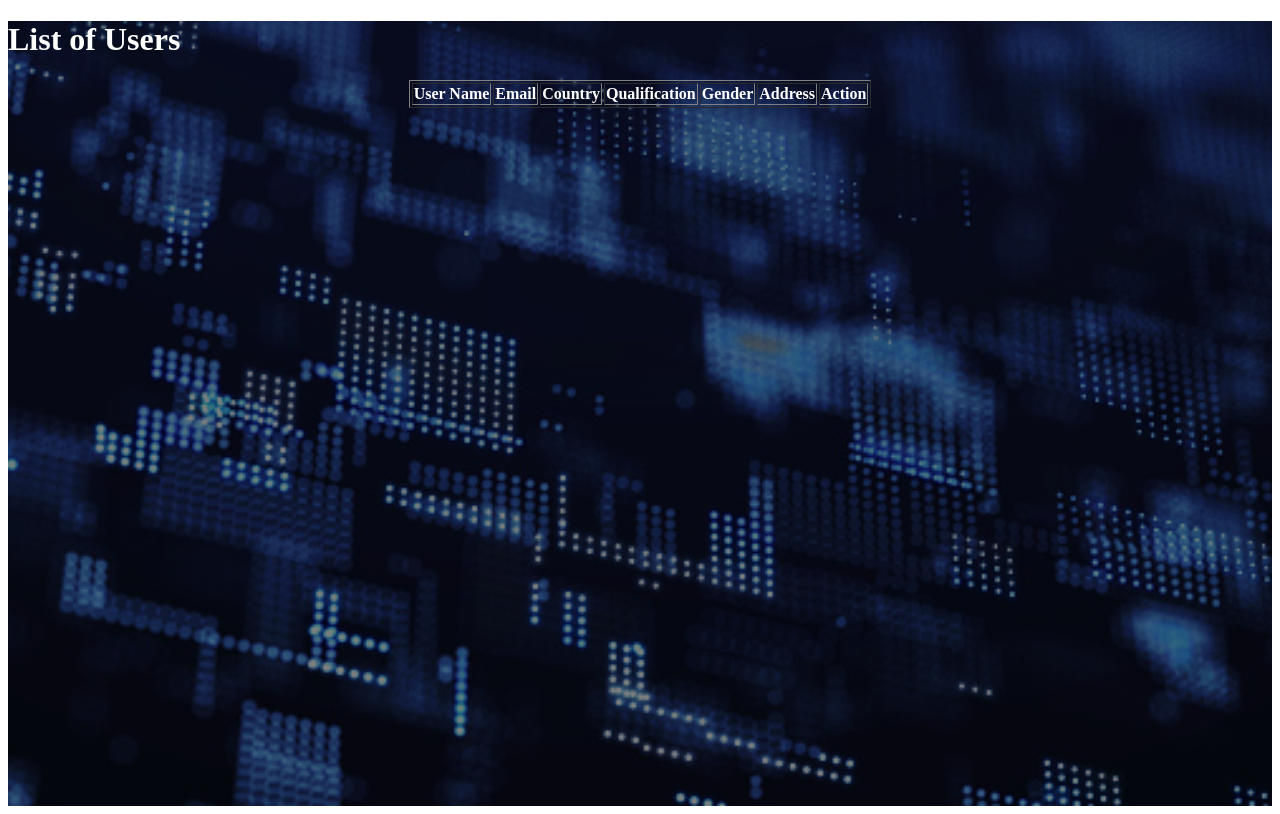
Repository: sainath0323/Website-design-using-J2EE
Page: http://localhost/AdvanceJavaApplication/viewsuccess.jsp
An editor plug-in stored every save of this project. The page is shown before and after a run of saves, followed by the edit.
The browser window is 1280 px wide. The pictures show the whole page.
The page is served by Tomcat 9.

Above is the page before, as saved 2023-04-28 08:52:36.

After the next 2 saves:
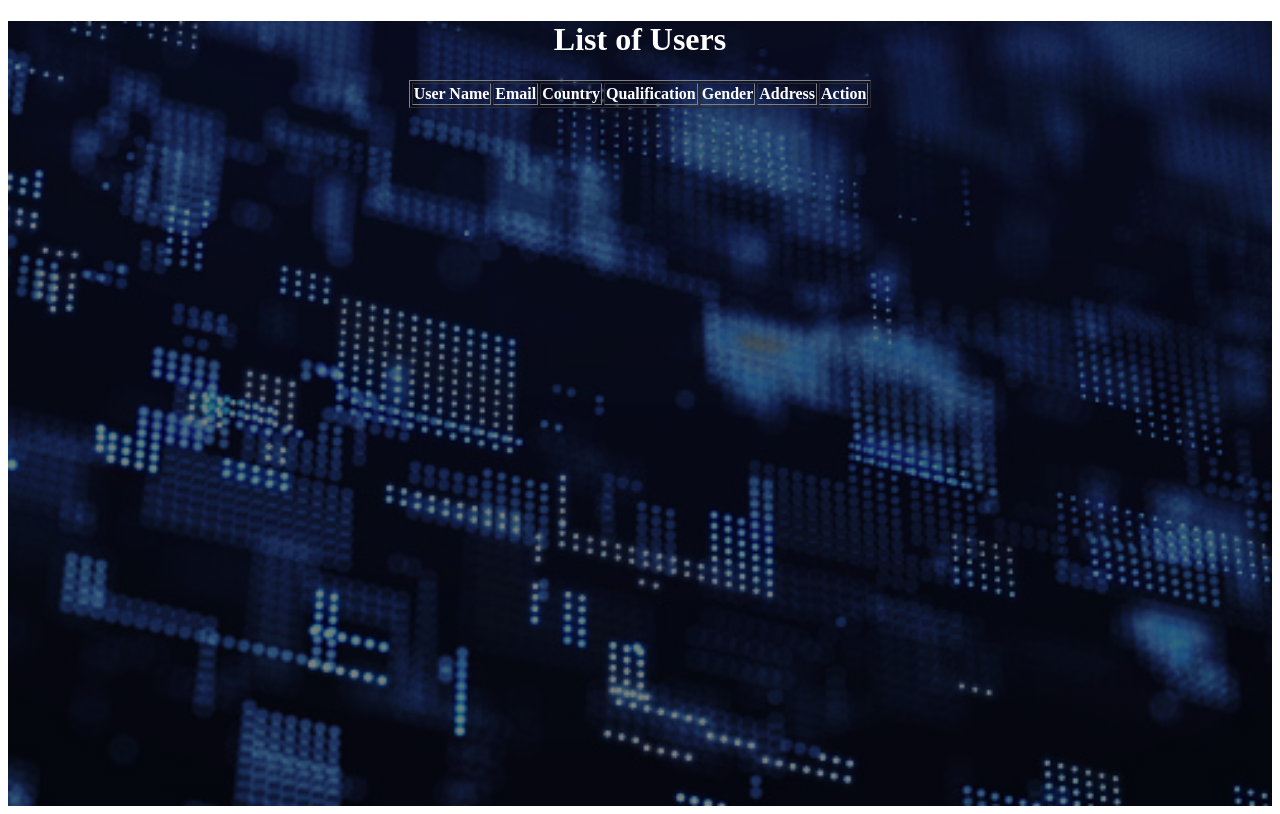
The 2 saves are shown as one change because they came seconds apart.
The last was saved 13 s later.
--- a/AdvanceJavaApplication/src/main/webapp/viewsuccess.jsp
+++ b/AdvanceJavaApplication/src/main/webapp/viewsuccess.jsp
@@ -23,8 +23,7 @@
 </head>
 <body>
 <div class="container">
-<h1>List of Users</h1>
-
+<h1 style="text-align: center;">List of Users</h1>
 <table border="1">
 <tr>
 <th>User Name</th>

After the save that followed:
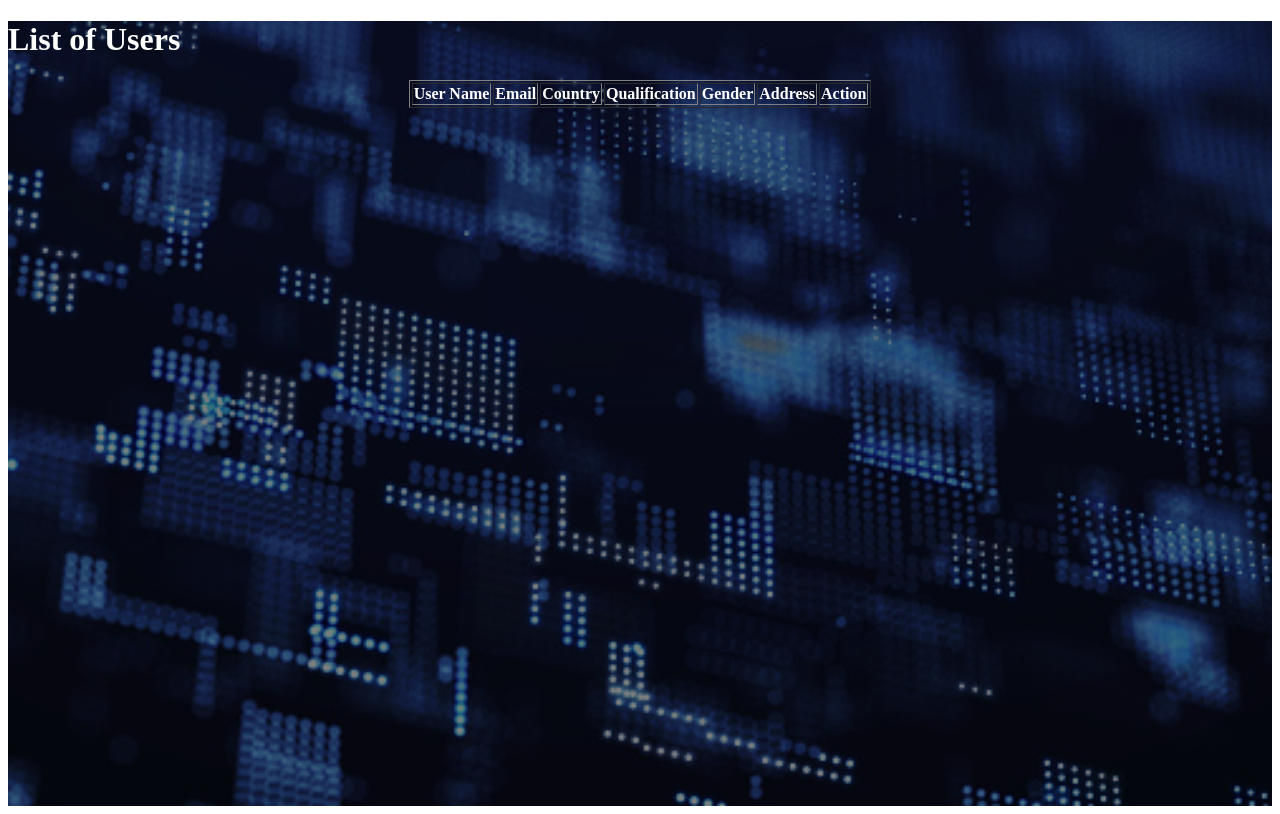
Saved 28 s later.
--- a/AdvanceJavaApplication/src/main/webapp/viewsuccess.jsp
+++ b/AdvanceJavaApplication/src/main/webapp/viewsuccess.jsp
@@ -23,7 +23,7 @@
 </head>
 <body>
 <div class="container">
-<h1 style="text-align: center;">List of Users</h1>
+<h1>List of Users</h1>
 <table border="1">
 <tr>
 <th>User Name</th>
